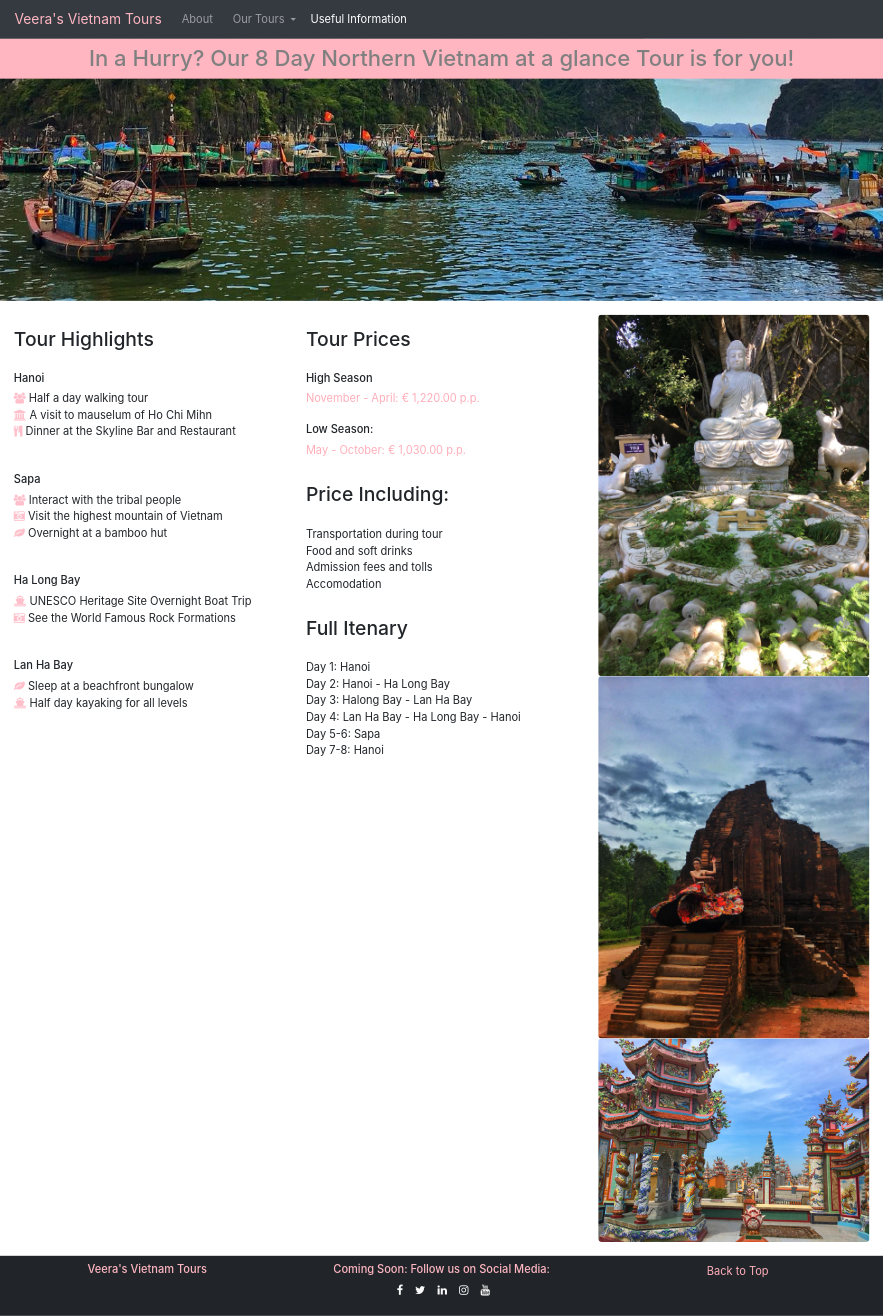
Repository: VAhola/VietnamTour
Page: 8d.html
The author's editor kept a record of every edit. The page is drawn from the files as they stood at one moment, then again after the next edit.
The browser window is 1280 px wide. The pictures show the whole page, at 69% of full size.

Above is the page before.

After the next edit:
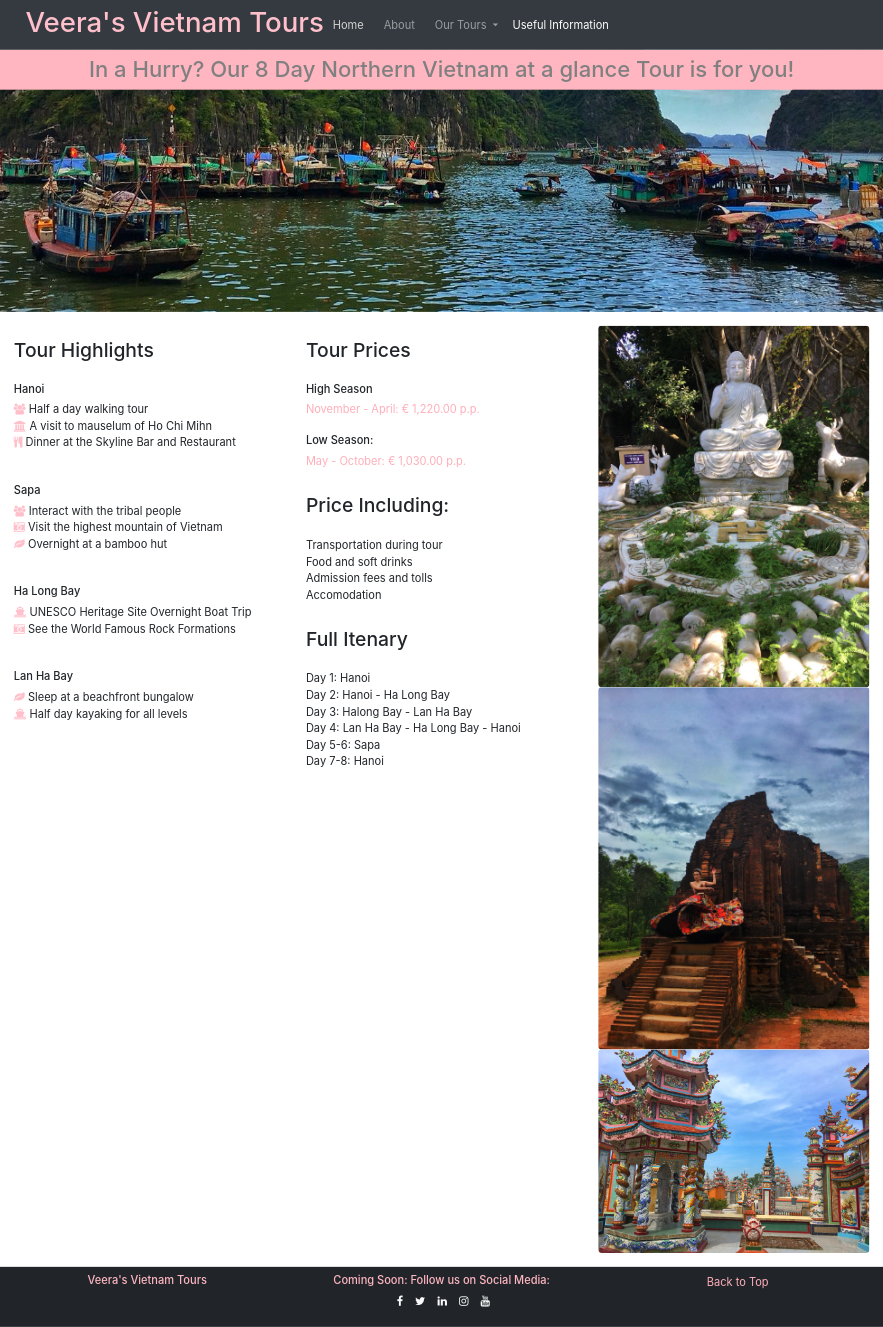
The edit:
--- a/8d.html
+++ b/8d.html
@@ -14,14 +14,15 @@
 <!--Nav-->
 
     <nav class="navbar navbar-dark navbar-expand-sm bg-dark top">
-        <a href="index.html" class="navbar-brand title">
-                    Veera's Vietnam Tours</a>
+        <a class="navbar-brand title"></a> <h1 <style type="text/css">
+
+        <h1 style="color:pink;">Veera's Vietnam Tours <br></h1>
 
      <button class="navbar-toggler ml-auto" type="button" data-toggle="collapse" data-target="#navbarNavDropdown" aria-controls="navbarNavDropdown" aria-expanded="false" aria-label="Toggle navigation">
         <span class="navbar-toggler-icon"></span></button>
-
       <div class="collapse navbar-collapse" id="navbarNavDropdown">
             <ul class="navbar-nav mr-auto">
+                <li class="nav-item mr-2"><a class="nav-link" href="index.html"style="color:lightgray;">Home</a></li>
                 <li class="nav-item mr-2"><a class="nav-link" href="about.html">About</a></li>
                 <li class="nav-item dropdown">
                     <a class="nav-link dropdown-toggle" href="#" id="navbarDropdownMenuLink" role="button" data-toggle="dropdown" aria-haspopup="true" aria-expanded="false">
@@ -29,7 +30,7 @@
         </a>
                     <div class="dropdown-menu" aria-labelledby="navbarDropdownMenuLink">
                         <a class="dropdown-item" href="16d.html">16 Day Complete Vietnam</a>
-                        <a class="dropdown-item" href="#">8 Days Vietnam at glance</a>
+                        <a class="dropdown-item" href="8d.html">8 Days Vietnam at glance</a>
                     </div>
                 </li>
                 <li class="active nav-item mr-2"><a class="nav-link" href="Info.html">Useful Information</a></li>
